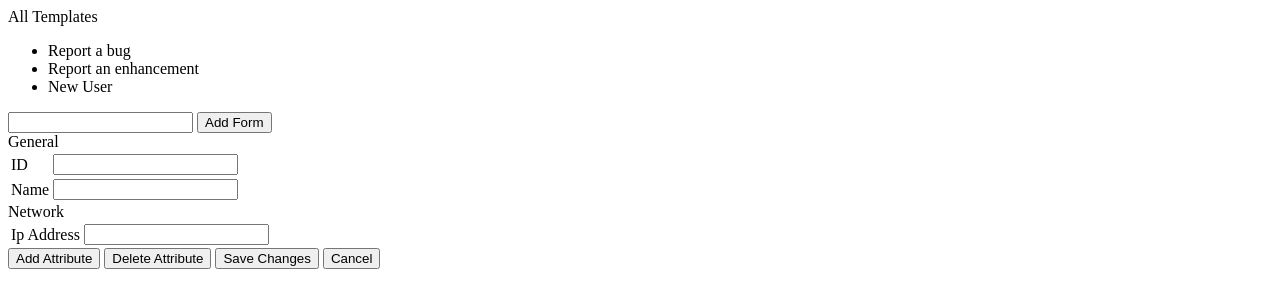
Repository: joliest/MyGits
Page: http://localhost/MiniTracker/Template.jsp
The author's editor kept a copy of each file at every save. The page is drawn from the files as they stood at one save, then again after the next save.
The browser window is 1280 px wide. The pictures show the whole page.
Some web libraries are served in a nearby version. The page is served by Tomcat 9. Other server files are loaded and not shown.

Above is the page before, as saved 2017-12-06 14:01:19.

### Java/Project_JIRA/MiniTracker/WebContent/Template.jsp
<html>
	<head>
		<title>Template Page</title>
		<script src="https://ajax.googleapis.com/ajax/libs/jquery/3.2.1/jquery.min.js"></script>
		<script src="js/Template.js"></script>
	</head>
	<body>
		<p> All Templates </p>
		<ul>
			<li>Report a bug</li>
			<li>Report an enhancement</li>
			<li>New User</li>
		</ul>

		<input type="text" id="templateName">
		<input type="button" id="addTemplateButton" value="Add Form">

		<br>

		<table>General
			<tr>
				<td> ID </td>
				<td><input type="text"></td>
			</tr>
			<tr>
				<td> Name </td>
				<td><input type="text"></td>
			</tr>
		</table>
		<table>Network
			<tr>
				<td> Ip Address </td>
				<td><input type="text"></td>
			</tr>
		</table>

		<input type="button" value="Add Attribute">
		<input type="button" value="Delete Attribute">
		<input type="button" value="Save Changes">
		<input type="button" value="Cancel">

	</body>
</html>

### Java/Project_JIRA/MiniTracker/WebContent/js/Template.js
$(document).ready(function() {

	var templateController = "/MiniTracker/Template.do";

	$("#addTemplateButton").click(function() {
		var value = $("#addTemplateText").val();

		$.post()
	})
})

After the next save:
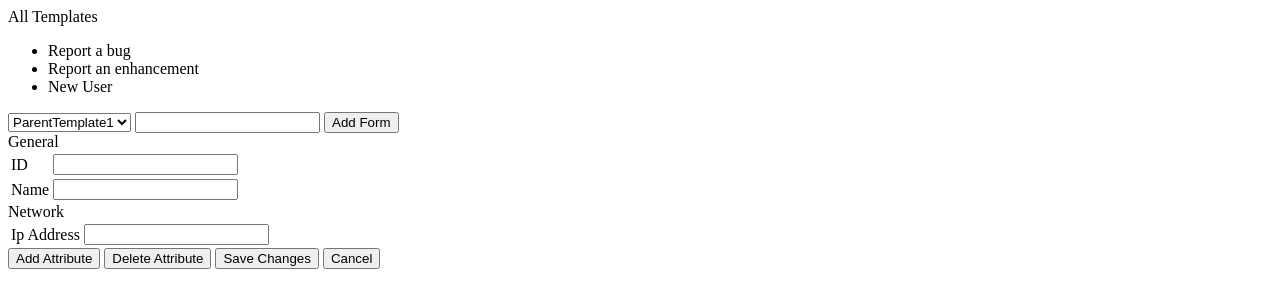
Saved 32 min 20 s later.
--- a/Java/Project_JIRA/MiniTracker/WebContent/Template.jsp
+++ b/Java/Project_JIRA/MiniTracker/WebContent/Template.jsp
@@ -12,6 +12,9 @@
 			<li>New User</li>
 		</ul>
 
+		<select id="selectTemplateParent">
+			<option>ParentTemplate1</option>
+		</select>
 		<input type="text" id="templateName">
 		<input type="button" id="addTemplateButton" value="Add Form">
 
